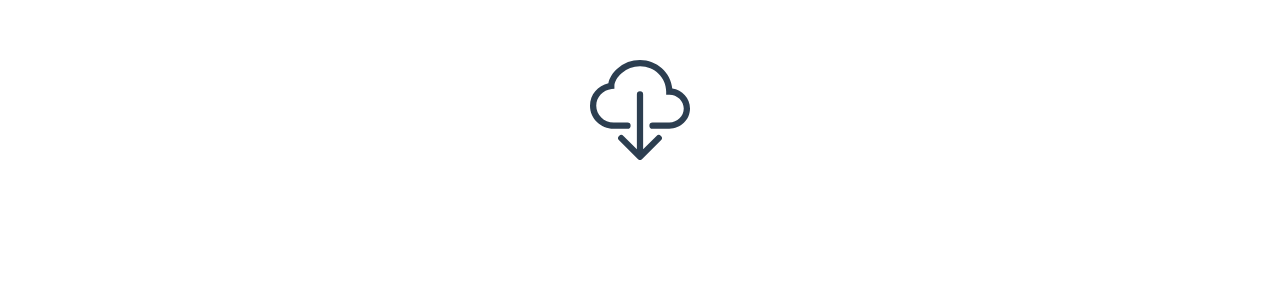
Repository: krinteron/user-cards-vue-typescript
Page: /
An editor plug-in stored every save of this project. The page is shown before and after the next save, followed by the edit.
The browser window is 1280 px wide. The pictures show the whole page.
The project was rebuilt for these pictures with package versions that can differ from the ones it lists, and the page was loaded fresh each time. Also part of the build but not shown: src/components/Card.vue, src/components/Input.vue, src/components/Modal.vue.

Above is the page before, as saved 2022-03-26 05:01:29.

### src/App.vue
<template>
  <svg xmlns="http://www.w3.org/2000/svg" width="100" height="100" fill="currentColor" class="bi bi-cloud-download" viewBox="0 0 16 16">
    <path d="M4.406 1.342A5.53 5.53 0 0 1 8 0c2.69 0 4.923 2 5.166 4.579C14.758 4.804 16 6.137 16 7.773 16 9.569 14.502 11 12.687 11H10a.5.5 0 0 1 0-1h2.688C13.979 10 15 8.988 15 7.773c0-1.216-1.02-2.228-2.313-2.228h-.5v-.5C12.188 2.825 10.328 1 8 1a4.53 4.53 0 0 0-2.941 1.1c-.757.652-1.153 1.438-1.153 2.055v.448l-.445.049C2.064 4.805 1 5.952 1 7.318 1 8.785 2.23 10 3.781 10H6a.5.5 0 0 1 0 1H3.781C1.708 11 0 9.366 0 7.318c0-1.763 1.266-3.223 2.942-3.593.143-.863.698-1.723 1.464-2.383z"/>
    <path d="M7.646 15.854a.5.5 0 0 0 .708 0l3-3a.5.5 0 0 0-.708-.708L8.5 14.293V5.5a.5.5 0 0 0-1 0v8.793l-2.146-2.147a.5.5 0 0 0-.708.708l3 3z"/>
  </svg>
  <UserCards msg="Welcome to Your Vue.js + TypeScript App" />
</template>

<script lang="ts">
import { defineComponent } from "vue";
import UserCards from "./components/UserCards.vue";

export default defineComponent({
  name: "App",
  components: {
    UserCards,
  },
});
</script>

<style>
#app {
  font-family: Avenir, Helvetica, Arial, sans-serif;
  -webkit-font-smoothing: antialiased;
  -moz-osx-font-smoothing: grayscale;
  text-align: center;
  color: #2c3e50;
  margin-top: 60px;
}
</style>

### src/components/UserCards.vue
<template>
  <div>
    <transition-group name="list-complete" tag="p" class="user-cards">
      <Card
        v-for="user in users"
        :key="user.id"
        :user="user"
        class="list-complete-item"
        @click="showModal(user.id)"
      />
    </transition-group>
    <Modal
      v-if="isModalVisible"
      v-model:user="currentUser"
      @close-modal="closeModal"
    />
  </div>
</template>

<script lang="ts">
import { defineComponent } from "vue";
import Store from "@/store";
import Card from "./Card.vue";
import Modal from "./Modal.vue";
import User from "@/models/UserModel";

export default defineComponent({
  name: "HelloWorld",
  props: {
    msg: String,
  },
  data() {
    return {
      isModalVisible: false,
      currentUser: {} as User,
    };
  },
  async beforeCreate() {
    await Store.dispatch("getUsers");
  },
  components: { Card, Modal },
  computed: {
    users() {
      return Store.state.users;
    }
  },
  methods: {
    async getUsers() {
      await Store.dispatch("getUsers");
    },
    showModal(userId: number) {
      const user = this.users.filter(({ id }) => id === userId)[0];
      Store.commit("setCurrentUser", user);
      this.isModalVisible = true;
    },
    closeModal() {
      if (!this.isModalVisible) return;
      this.isModalVisible = false;
      Store.commit("clearCurrentUser");
    },
  },
});
</script>

<style scoped>
.user-cards {
  display: flex;
  flex-wrap: wrap;
  gap: 16px;
  align-items: stretch !important;
}
.list-complete-item {
  transition: all 1s;
  display: inline-block;
}
.list-complete-enter, .list-complete-leave-to
{
  opacity: 0;
  transform: translateY(30px);
}
.list-complete-leave-active {
  position: absolute;
}
</style>

### src/components/Navbar.vue
<template>
  <nav class="nav">
    <svg xmlns="http://www.w3.org/2000/svg" width="100" height="100" fill="currentColor" class="bi bi-cloud-download" viewBox="0 0 16 16">
      <path d="M4.406 1.342A5.53 5.53 0 0 1 8 0c2.69 0 4.923 2 5.166 4.579C14.758 4.804 16 6.137 16 7.773 16 9.569 14.502 11 12.687 11H10a.5.5 0 0 1 0-1h2.688C13.979 10 15 8.988 15 7.773c0-1.216-1.02-2.228-2.313-2.228h-.5v-.5C12.188 2.825 10.328 1 8 1a4.53 4.53 0 0 0-2.941 1.1c-.757.652-1.153 1.438-1.153 2.055v.448l-.445.049C2.064 4.805 1 5.952 1 7.318 1 8.785 2.23 10 3.781 10H6a.5.5 0 0 1 0 1H3.781C1.708 11 0 9.366 0 7.318c0-1.763 1.266-3.223 2.942-3.593.143-.863.698-1.723 1.464-2.383z"/>
      <path d="M7.646 15.854a.5.5 0 0 0 .708 0l3-3a.5.5 0 0 0-.708-.708L8.5 14.293V5.5a.5.5 0 0 0-1 0v8.793l-2.146-2.147a.5.5 0 0 0-.708.708l3 3z"/>
    </svg>
  </nav>
</template>

<script lang="ts">
import { defineComponent } from "vue";

export default defineComponent({
  name: "App",
  components: {},
});
</script>

<style>
nav {
  height: 200px;
}
</style>

Loaded but not shown: public/index.html (common file); src/main.ts (common file); src/store/index.ts (common file)

After the next save:
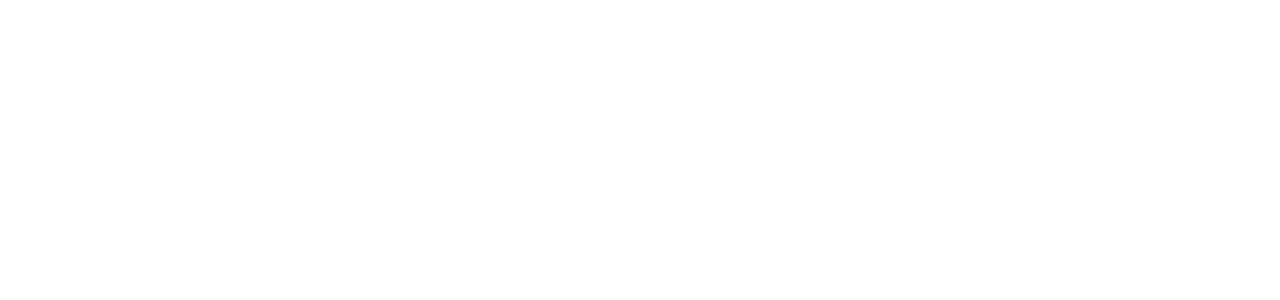
Saved 98 s later.
--- a/src/App.vue
+++ b/src/App.vue
@@ -1,8 +1,4 @@
 <template>
-  <svg xmlns="http://www.w3.org/2000/svg" width="100" height="100" fill="currentColor" class="bi bi-cloud-download" viewBox="0 0 16 16">
-    <path d="M4.406 1.342A5.53 5.53 0 0 1 8 0c2.69 0 4.923 2 5.166 4.579C14.758 4.804 16 6.137 16 7.773 16 9.569 14.502 11 12.687 11H10a.5.5 0 0 1 0-1h2.688C13.979 10 15 8.988 15 7.773c0-1.216-1.02-2.228-2.313-2.228h-.5v-.5C12.188 2.825 10.328 1 8 1a4.53 4.53 0 0 0-2.941 1.1c-.757.652-1.153 1.438-1.153 2.055v.448l-.445.049C2.064 4.805 1 5.952 1 7.318 1 8.785 2.23 10 3.781 10H6a.5.5 0 0 1 0 1H3.781C1.708 11 0 9.366 0 7.318c0-1.763 1.266-3.223 2.942-3.593.143-.863.698-1.723 1.464-2.383z"/>
-    <path d="M7.646 15.854a.5.5 0 0 0 .708 0l3-3a.5.5 0 0 0-.708-.708L8.5 14.293V5.5a.5.5 0 0 0-1 0v8.793l-2.146-2.147a.5.5 0 0 0-.708.708l3 3z"/>
-  </svg>
   <UserCards msg="Welcome to Your Vue.js + TypeScript App" />
 </template>
 

After the save that followed:
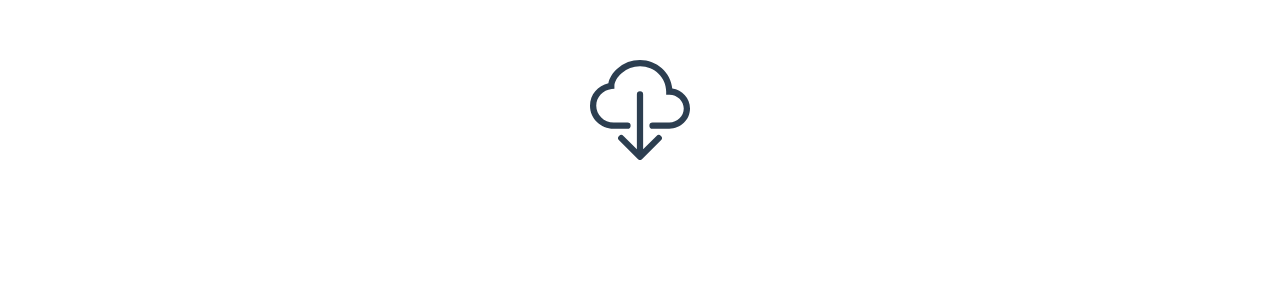
Saved 71 s later.
--- a/src/App.vue
+++ b/src/App.vue
@@ -1,16 +1,19 @@
 <template>
+  <Navbar />
   <UserCards msg="Welcome to Your Vue.js + TypeScript App" />
 </template>
 
 <script lang="ts">
 import { defineComponent } from "vue";
 import UserCards from "./components/UserCards.vue";
+import Navbar from "./components/Navbar.vue";
 
 export default defineComponent({
   name: "App",
   components: {
     UserCards,
-  },
+    Navbar
+},
 });
 </script>
 
